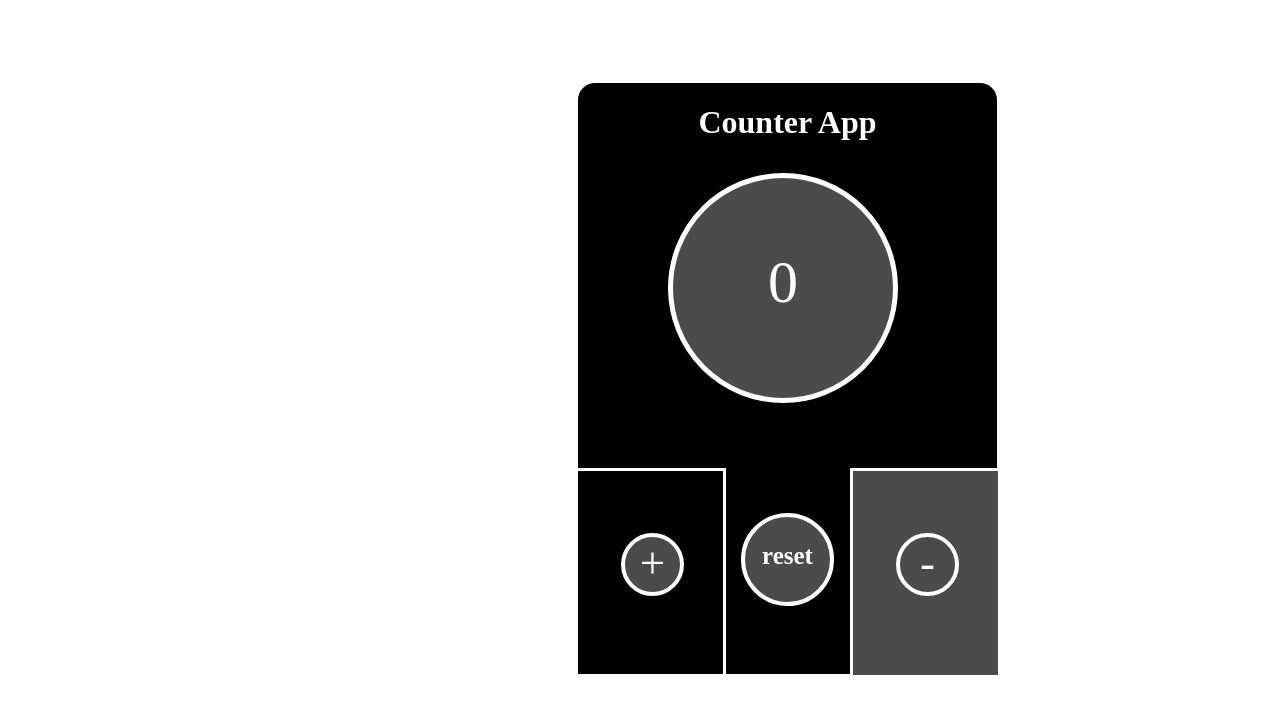
Repository: sara55m/Counter_App
Page: index.html
These files come from the project's save history. The page is drawn as it stood at one moment and after the next save; the edit follows.
The browser window is 1280 px wide. The pictures show the whole page.
The pointer rests on the first visible `.increase`.

Above is the page before, as saved 2024-08-01 17:31:46.

After the next save:
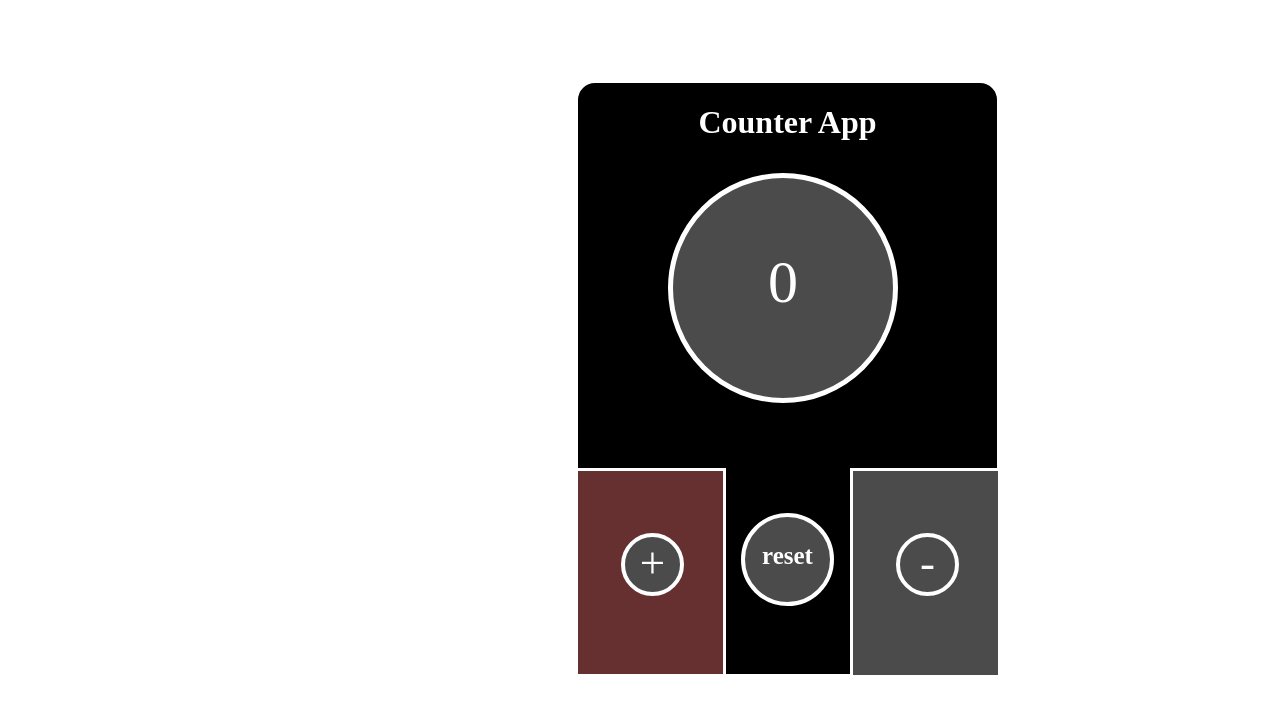
Saved 20 s later.
--- a/css/style.css
+++ b/css/style.css
@@ -46,7 +46,7 @@ p.one{
     border-right: 3px solid white;
 }
 .increase:hover{
-    background-color:black;
+    background-color:#673030;
 
 }
 
